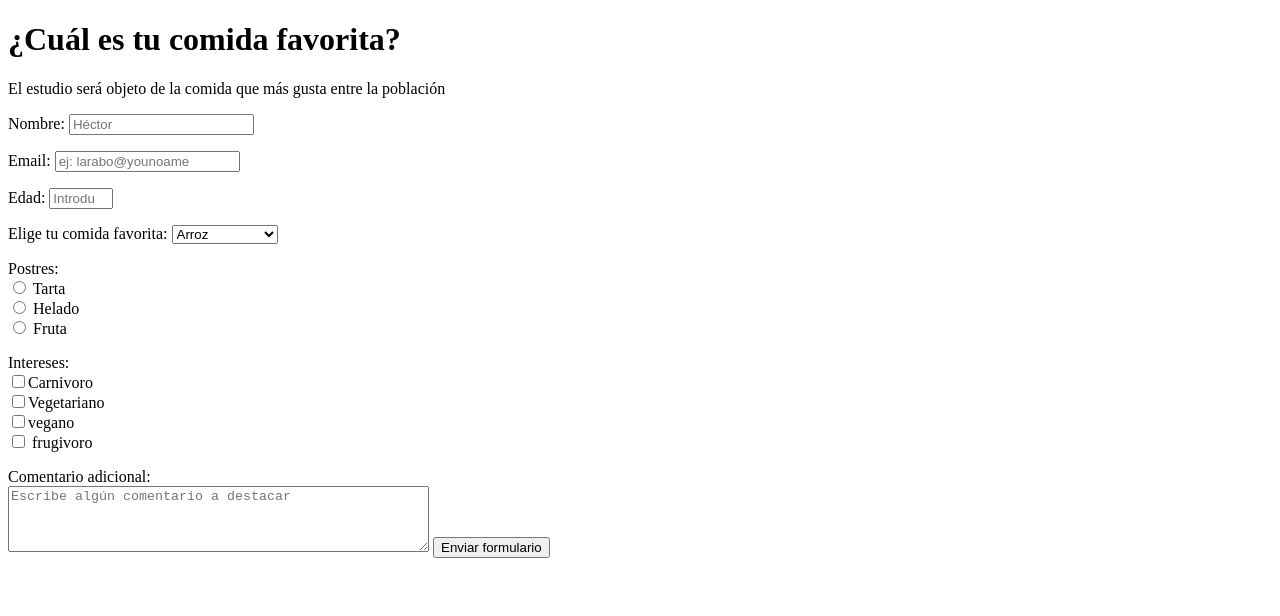
Repository: Fidesone/Form
Page: form/Index.html
These files come from the project's save history. The page is drawn as it stood at one moment and after the next save; the edit follows.
The browser window is 1280 px wide. The pictures show the whole page.

Above is the page before, as saved 2020-09-24 11:14:34.

After the next save:
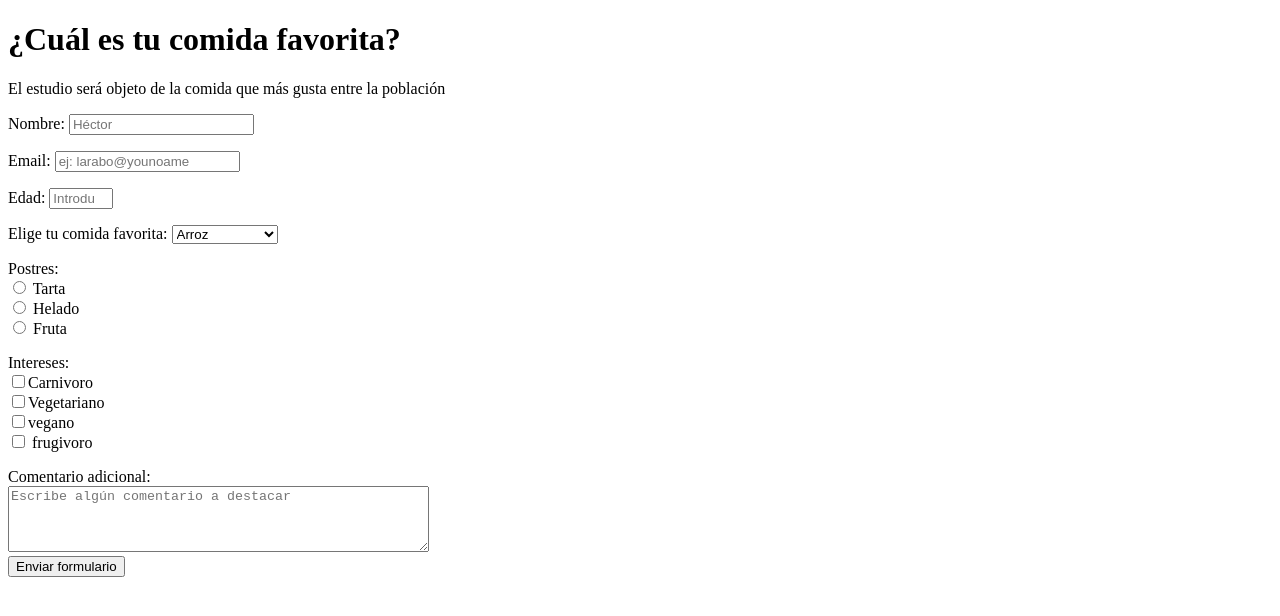
Saved 12 s later.
--- a/form/Index.html
+++ b/form/Index.html
@@ -37,7 +37,7 @@
 		<input type="checkbox" name="frugívoro"> frugivoro <br>
 	</p>
 	<label for="comentarios">Comentario adicional:</label> <br>
-	<textarea id="comentarios" rows="4" cols="50" placeholder="Escribe algún comentario a destacar"></textarea>
+	<textarea id="comentarios" rows="4" cols="50" placeholder="Escribe algún comentario a destacar"></textarea> <br>
 	<button type="submit">Enviar formulario</button>
 </form>
 </body>
